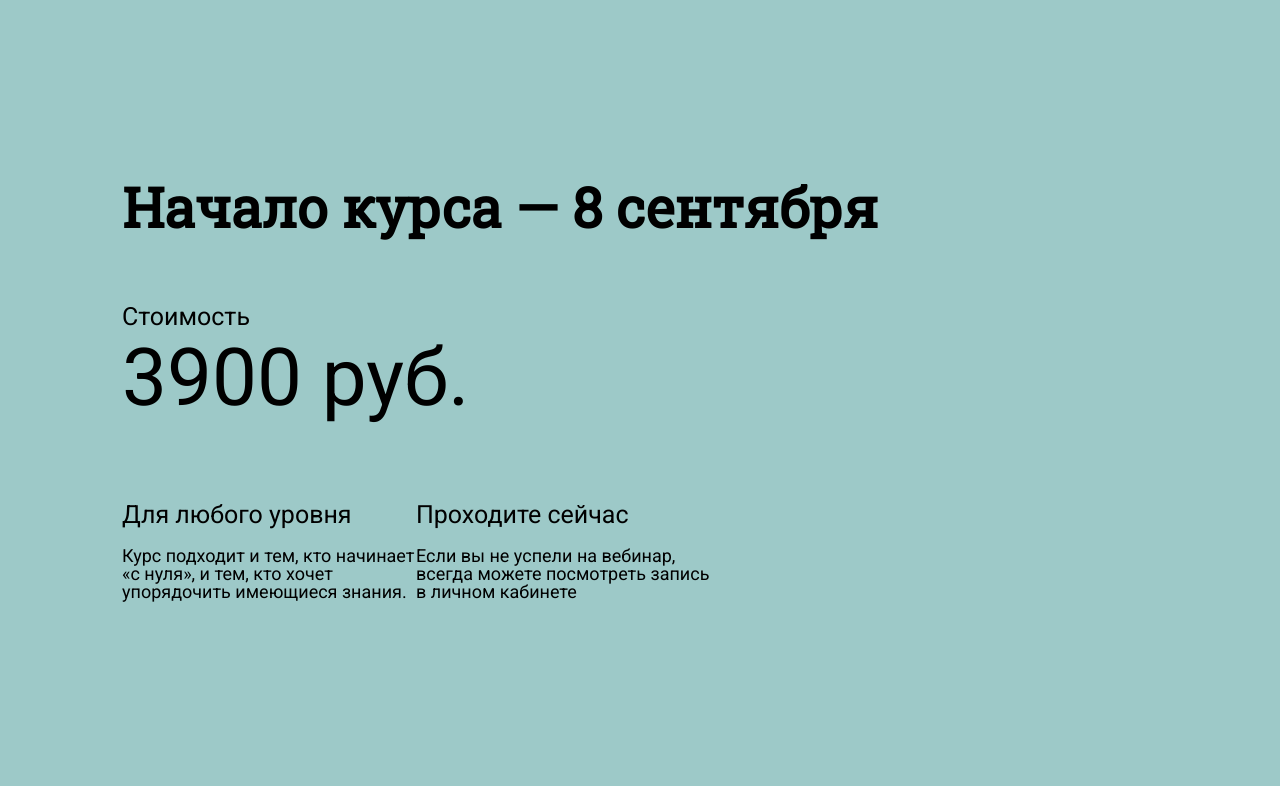
Repository: NatiqSamiyev/fiqma-task3
Page: index.html
An editor plug-in stored every save of this project. The page is shown before and after a run of saves, followed by the edit.
The browser window is 1280 px wide. The pictures show the whole page.

Above is the page before, as saved 2023-08-09 13:25:11.

After the next 2 saves:
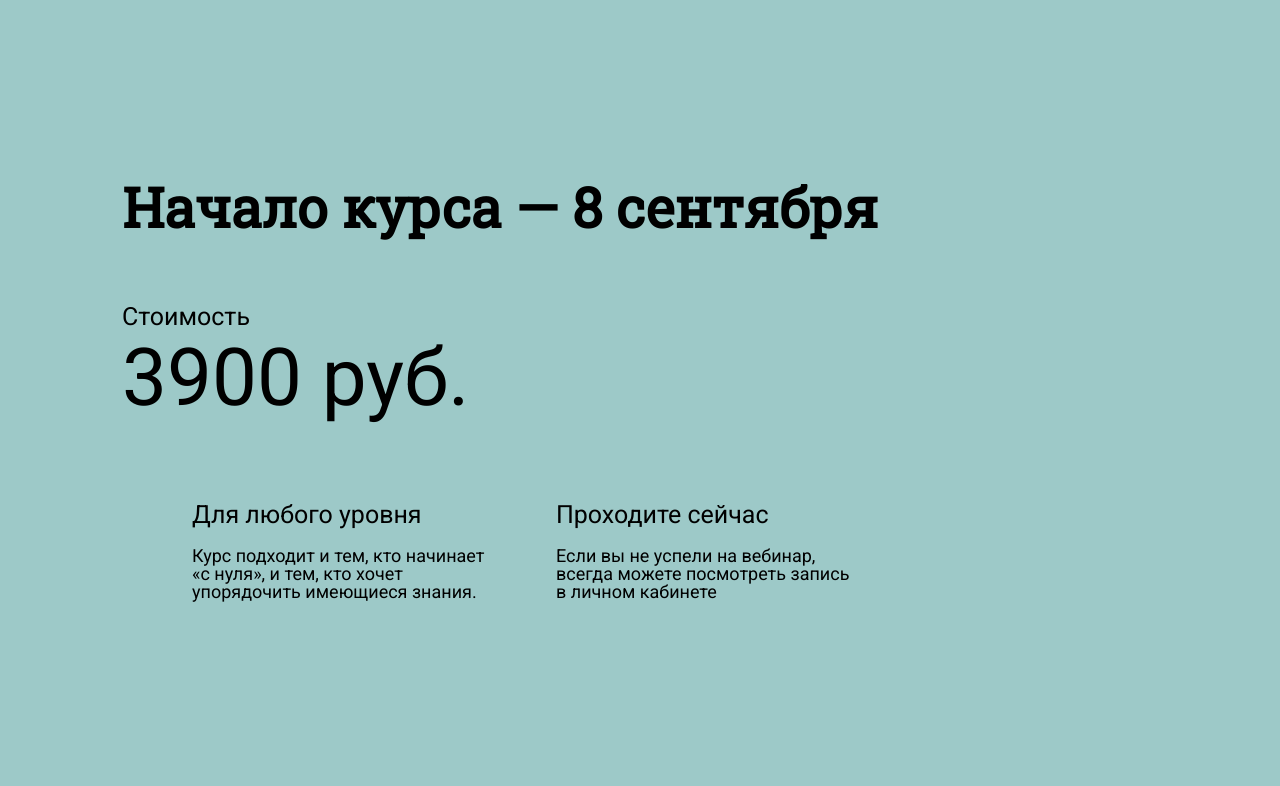
The 2 saves are shown as one change because they came seconds apart.
The last was saved 52 s later.
--- a/index.css
+++ b/index.css
@@ -48,6 +48,7 @@
 
 .container ul li {
   list-style-type: none;
+  margin-left: 70px;
 }
 
 .container h4 {
